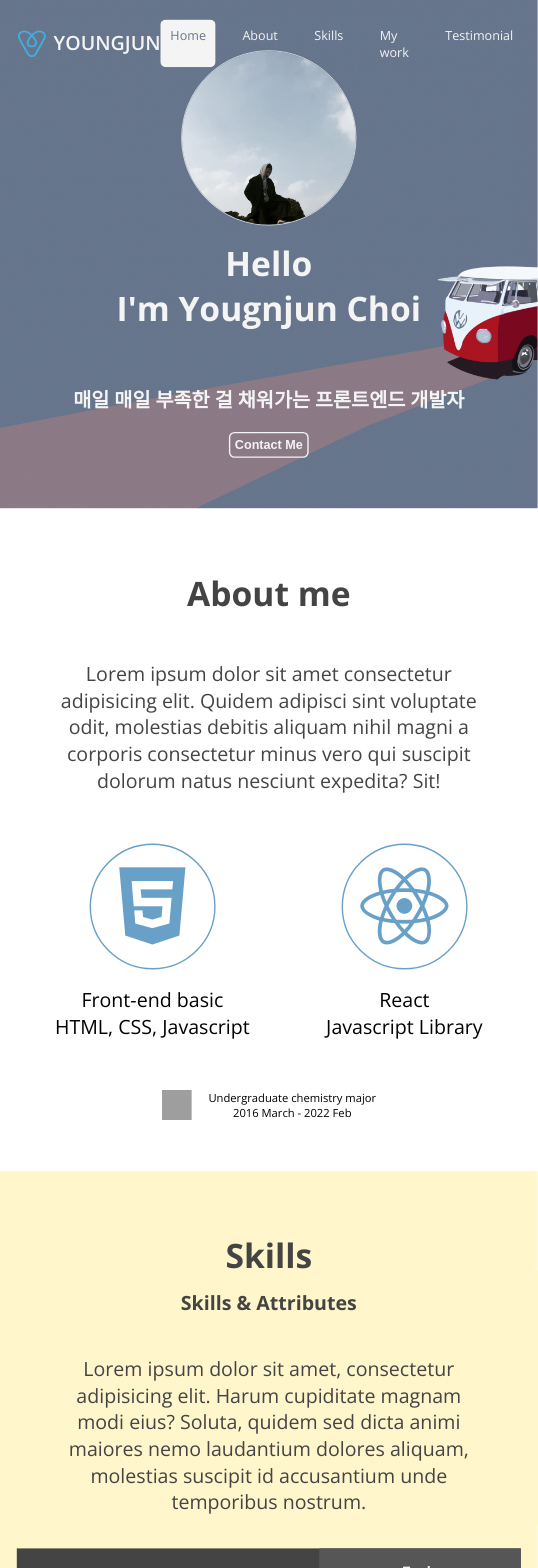
Repository: choi2021/portfolio-vanillaJS
Page: index.html
The author's editor kept a copy of each file at every save. The page is drawn from the files as they stood at one save, then again after the next save.
The browser window is 768 px wide. The pictures show the part of the page from y = 0 to 2240 px (the page is 5390 px tall before and 5112 px after), at 70% of full size.
Pictures or frames that could not be fetched are drawn as grey boxes. Some web libraries are served in a nearby version.

Above is the page before, as saved 2022-01-08 14:45:45.

After the next save:
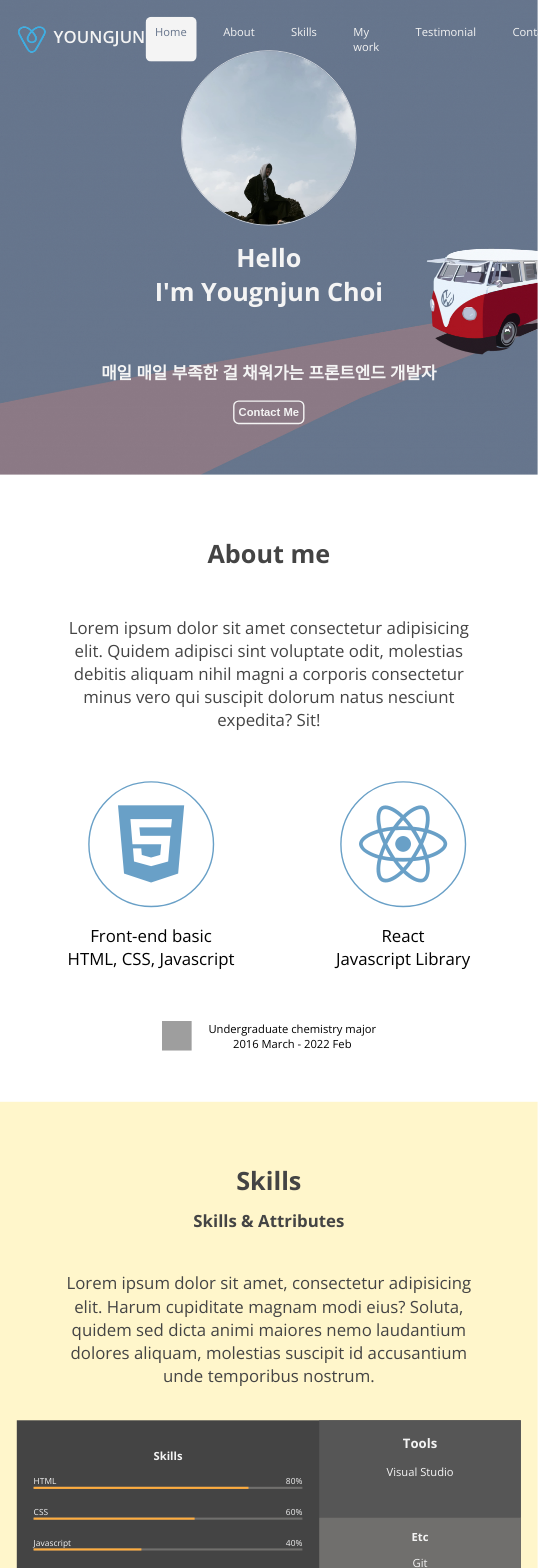
Saved 19 s later.
--- a/style.css
+++ b/style.css
@@ -533,10 +533,10 @@ button {
     --weight-regular: 400;
 
     /* Font-size */
-    --font-large: 48px;
-    --font-medium: 28px;
-    --font-regular: 18px;
-    --font-small: 16px;
+    --font-large: 36px;
+    --font-medium: 24px;
+    --font-regular: 16px;
+    --font-small: 12px;
 
     /* size */
     --count-size: 32px;
